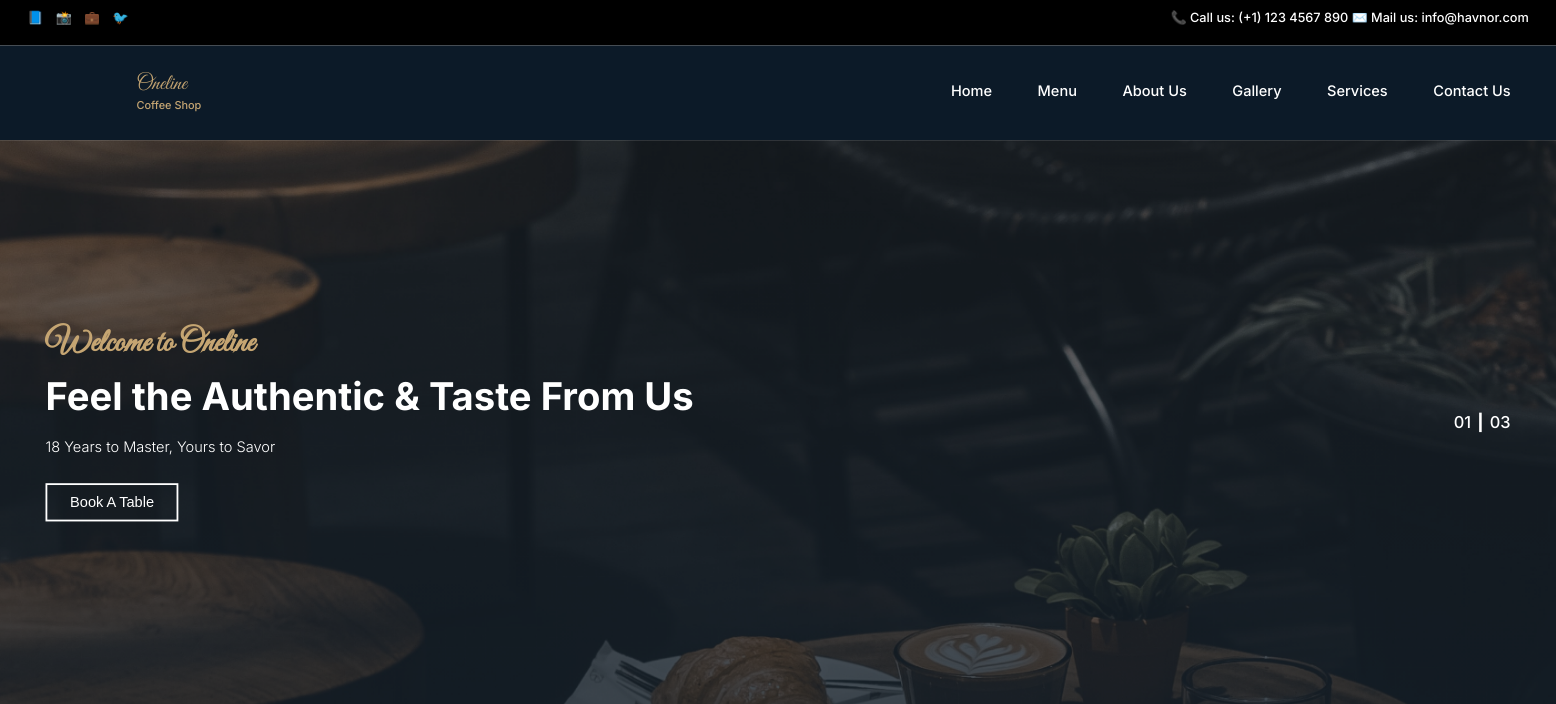
Repository: abhayzulasana/Online-Coffee-Shop
Page: index.html
These files come from the project's save history. The page is drawn as it stood at one moment and after the next save; the edit follows.
The browser window is 1280 px wide. The page is 1710 px wide, so the pictures cover 1710 px, including what lies to the right of the window. The pictures show the whole page, at 91% of full size.

Above is the page before, as saved 2025-05-13 11:56:39.

After the next save:
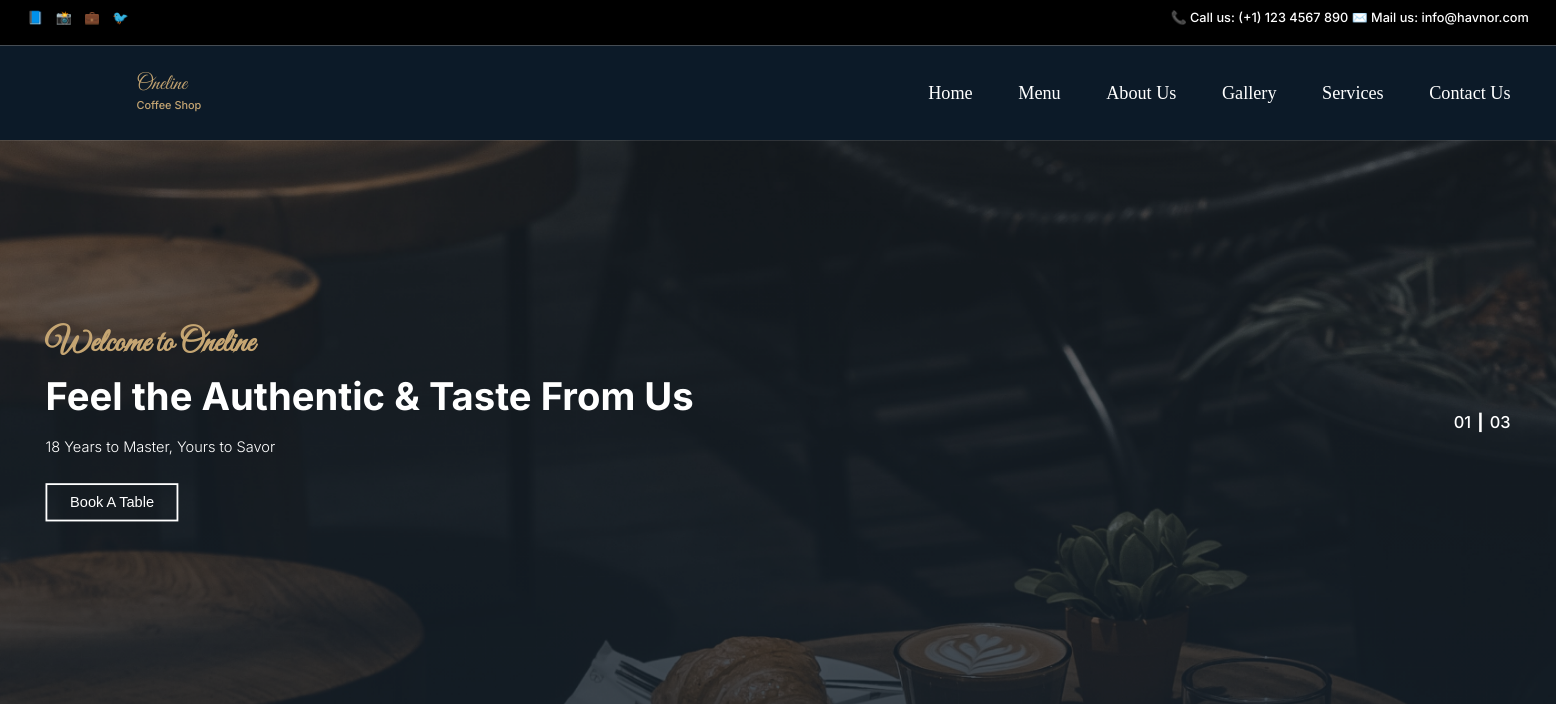
Saved 28 s later.
--- a/style.css
+++ b/style.css
@@ -81,7 +81,11 @@ height: 24px;
     list-style: none;
     display: flex;
     gap: 50px;
-
+    text-align: left;
+font: normal normal normal 20px/24px Montserrat;
+letter-spacing: 0px;
+color: #FFFFFF;
+opacity: 1;
   }
 
   .nav-links li {
